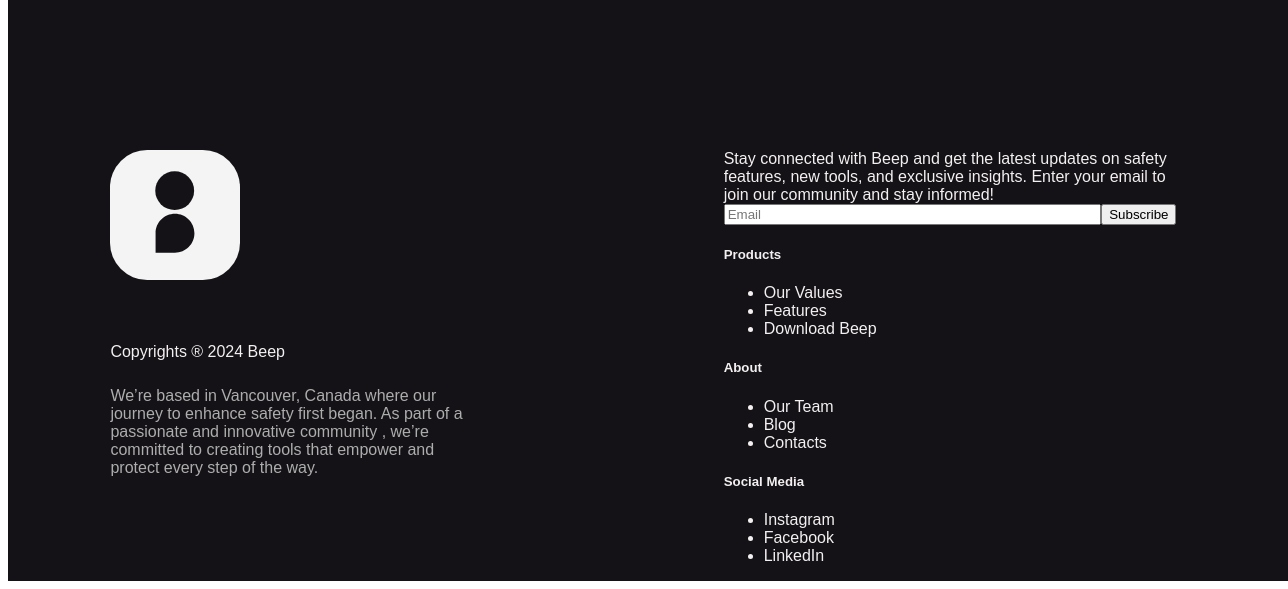
Repository: MonicaNguyenH/Beep_Landing_Page
Page: /
These files come from the project's save history. The page is drawn as it stood at one moment and after the next save; the edit follows.
The browser window is 1280 px wide. The page is 1288 px wide, so the pictures cover 1288 px, including what lies to the right of the window. The pictures show the part of the page from y = 3881 to 4505 px (the page is 4470 px tall before and 4505 px after).
The project was rebuilt for these pictures with package versions that can differ from the ones it lists, and the page was loaded fresh each time. The framework's server and built-in components were replaced by stand-ins that run in the browser. Also part of the build but not shown: next.config.mjs, components/NavBar/NavBar.module.css.

Above is the page before, as saved 2024-11-25 11:40:13.

### src/app/page.js
import styles from "./styles/index.css"
import NavBar from "../../components/NavBar";
import ImgBtn from "../../components/ImgBtn";
import OurTeam from "../../components/OurTeam";

export default function Home() {
  return (
    <>
      <main className="main">
        <NavBar />
        <header className="header-container">
          <h1>Our Safety, Empowered: Real-Time Crime Maps & Emergency Tools</h1>
          <p>Beep combines smart technology and real-time data to help you navigate your world with confidence</p>
          <button className="get-started-btn">Get Started →</button>
        </header>

        <div className="pull-p">
          <p className="big-text">Our team of <span className="text-grey">full-stack</span> <span className="text-purple">developers</span>,
            and  <span className="text-grey">digital</span> <span className="text-purple">designers</span> work tirelessly to create tools that keep you <span className="text-grey">informed</span>, <span className="text-grey">protected</span>, and <span className="text-grey">empowered</span>
            <span className="text-purple"> every step of the way</span>.
          </p>
          <p className="small-text">We provide reliable tools and features designed to ensure your safety and peace of mind every step of the way.</p>
        </div>

        <div className="offer-imgs">
          <img src="/WhatWeOffer/UserAssurance.png" alt="User Assurance"/>
          <img src="/WhatWeOffer/SimplifiedSafetyActions.png" alt="Simplified Safety Actions"/>
          <img src="/WhatWeOffer/TrustandTransparency.png" alt="Trust and Transparency"/>
        </div>

        <div>
          <ImgBtn />
        </div>

        <div className="download-container">
          <div className="download-text">
            <h1>Download Beep App</h1>
            <p>
              Beep is a cutting-edge safety app designed to provide real-time insights and tools to keep you secure.
              Perfect for anyone prioritizing personal safety,
              Beep combines AI-powered navigation with intuitive features to help you stay aware and protected.
              Whether it's navigating safely at night, responding swiftly to emergencies,
              or finding secure nearby locations, Beep is your ultimate companion for peace of mind.
            </p>
            <button className="get-started-btn">Get Started →</button>
          </div>
          <div className="download-img">
            <img src="/Download/phone-mockup.png" alt="Phone mockup map screen" />
          </div>
        </div>

        <div className="our-team">
            <OurTeam />
        </div>

        <footer className="footer">
          <div className="footer-1">
            <img src="/Beep-logo.svg" alt="Beep logo"/>
            <h5>Copyrights ® 2024 Beep</h5>
            <p>We’re based in Vancouver, Canada where our journey to enhance safety first began.
              As part of a passionate and innovative community
              , we’re committed to creating tools that empower and protect every step of the way. </p>
          </div>
          <div className="footer-2">
            <p>Stay connected with Beep and get the latest updates on safety features, new tools, and exclusive insights.
              Enter your email to join our community and stay informed!
            </p>
            <div className="subscribe">
              <input
                input type="email"
                placeholder="Email"
                required
              />
              <button>Subscribe</button>
            </div>
            <div>
              <div className="col">
                <h5>Products</h5>
                <ul className="list">
                  <li className="list-item">Our Values</li>
                  <li className="list-item">Features</li>
                  <li className="list-item">Download Beep</li>
                </ul>
              </div>

              <div className="col">
                <h5>About</h5>
                <ul className="list">
                  <li className="list-item">Our Team</li>
                  <li className="list-item">Blog</li>
                  <li className="list-item">Contacts</li>
                </ul>
              </div>

              <div className="col">
                <h5>Social Media</h5>
                <ul className="list">
                  <li className="list-item">Instagram</li>
                  <li className="list-item">Facebook</li>
                  <li className="list-item">LinkedIn</li>
                </ul>
              </div>
            </div>
          </div>
        </footer>
      </main>
    </>
  );
}

### src/app/globals.css
/* @tailwind base;
@tailwind components;
@tailwind utilities; */

@font-face {
  font-family: 'Switzer';
  src: url('fonts/Switzer-Variable.ttf') format('ttf'),
       url('fonts/Switzer-VariableItalic.ttf') format('ttf');
}

:root {
  --background: #ffffff;
  --foreground: #171717;

  /* Colors */
  --white: #F4F0F1;
  --black: #141216;
  --nav-black: rgba(29, 27, 30, 0.9);
  --purple: #651FD7;
  --pink: #F7185B;
  --neu-grey: #ADADAD;

  /* Fonts */
  --reg-16: 16px 'Switzer', sans-serif;
  --bold-16: bold 16px 'Switzer', sans-serif;
  --reg-25: 25px 'Switzer', sans-serif;
  --reg-30: 30px 'Switzer', sans-serif;
  --bold-40: bold 40px 'Switzer', sans-serif;
  --reg-40: 40px 'Switzer', sans-serif;
  --reg-50: 50px 'Switzer', sans-serif;
  --bold-50: bold 50px 'Switzer', sans-serif;
  --bold-60: bold 60px 'Switzer', sans-serif;
  --bold-80: bold 80px 'Switzer', sans-serif;
}

@media (prefers-color-scheme: dark) {
  :root {
    --background: #0a0a0a;
    --foreground: #ededed;
  }
}

body {
  color: var(--foreground);
  background: var(--background);
  font-family: Arial, Helvetica, sans-serif;
}

### src/app/styles/index.css
.main {
    background-color: var(--black);
    min-height: 100vh;
    min-width: 100vw;

    display: flex;
    flex-direction: column;
    align-items: center;

    color: var(--white);
}

/* Nav Bar */
.nav-container {
    width: 85vw;
    height: 50px;
    flex-shrink: 1;

    border-radius: 50pt;
    background: var(--nav-black);
    color: var(--white);

    display: flex;
    flex-direction: row;
    align-items: center;
    justify-content: space-between;
    padding: 25px 50px;
    margin: 20px auto;
}

.navLinks {
    color: var(--white);
    list-style: none;
    display: flex;
    gap: 5em; /* Spacing between links */
}

.navLinks a {
    text-decoration: none;
    color: var(--white);
    font-weight: bold;
    transition: color 0.3s;
    font: var(--reg-16);
    cursor: pointer;
}

/* Header */
.header-container {
    display: flex;
    flex-direction: column;
    justify-content: center;
    align-items: center;
    width: 45%;
    text-align: center;
    gap: 2rem;
    margin: 150px auto;
}

.header-container h1 {
    font: var(--reg-50);
}

.header-container p {
    font: var(--reg-16);
    width: 70%;
}

.get-started-btn {
    background-color: var(--purple);
    color: var(--white);
    width: 290px;
    height: 60px;
    border-radius: 50px;
    border: 0;
}

.header-container h1, p, button {
    margin: 0;
}

/* Pull Text */
.pull-p {
    text-align: center;
    width: 83%;
    display: flex;
    flex-direction: column;
    align-items: center;
    margin: 0 auto 100px;
}

.big-text {
    font: var(--reg-50);
}

.small-text {
    color: var(--neu-grey);
    font: var(--reg-16);
    width: 50%;
    margin: 1em 0;
}

.text-grey {
    color: var(--neu-grey);
}

.text-purple {
    color: var(--purple);
}

/* What We Offer */
.offer-imgs {
    display: flex;
    text-align: center;
    flex-wrap: wrap;
    flex-direction: row;
    justify-content: center;
    align-items: center;
    gap: 5em;
}

.offer-imgs img {
    width: 25%;
    height: auto;
}

/* Img Btn */
.img-btn-container {
    background-color: var(--nav-black);
    width: 73%;
    height: auto;
    margin: 150px auto;
    padding: 90px;
    display: flex;
    flex-direction: column;
    align-items: center;
    justify-content: center;
    border-radius: 40px;
    border: 2px solid var(--white);
}

.heading {
    text-align: center;
    font: var(--reg-50);
    margin: 0;
}

.description {
    text-align: center;
    font: var(--reg-16);
    color: var(--neu-grey);
    margin: 1em 0;
}

.layout {
    display: flex;
    flex-direction: row;
}

.step-1,
.step-2,
.button-group-1,
.button-group-2 {
    display: flex;
    flex-direction: column;
    width: 95%;
}

.button-group-1 {
    align-items: flex-end;
}

.button-group-1,
.button-group-2 {
    justify-content: center;
    gap: 11em;
}

.step-title-1,
.step-description-1,
.step-number-1,
.active-number-1 {
    text-align: right;
    align-self: flex-end;
}

.step-title-2,
.step-description-2,
.step-number-2,
.active-number-2 {
    text-align: left;
    align-self: flex-start;
}

.step-number-1,
.step-number-2 {
    display: flex;
    justify-content: center;
    align-items: center;
    font: var(--reg-40);
    background-color: var(--white);
    color: var(--black);
    width: 80px;
    height: 80px;
    text-align: center;
    border-radius: 50px;
}

.active-number-1,
.active-number-2 {
    background-color: var(--purple);
    color: var(--white);
}

.image-container img {
    width: 300px;
    height: auto;
    margin: 50px 120px;
}

.step-title-1,
.step-title-2 {
    font: var(--reg-25);
    margin: 20px 0;
}

.step-description-1,
.step-description-2 {
    font: var(--reg-16);
}

/* Download Beep */
.download-container {
    position: relative;
    width: 84%;
    height: 500px;
    border-radius: 40px;
    background: url('/Download/bg.png') no-repeat center;
    background-size: cover; /* Scale the SVG to cover the div */

    display: flex;
    flex-direction: row;
    justify-content: center;
    align-items: center;
}

.download-text {
    display: flex;
    flex-direction: column;
    align-items: flex-start;
    margin: 7em 9em 7em 7em;
}

.download-text h1 {
    font: var(--reg-50);
    margin: 0;
}

.download-text p {
    font: var(--reg-16);
    margin: 1em 0 2.5em 0;
}

.download-img img {
    width: 95%;
    height: auto;
}

/* Our Team */
.teamSection {
    text-align: center;
    margin: 150px auto;
    display: flex;
    flex-direction: column;
    justify-content: center;
    align-items: center;
    width: 100vw;
}

.title {
    font: var(--reg-50);
    margin: 0;
}

.teamSection .description {
    width: 40%;
    margin-bottom: 50px;
}

.carousel {
    display: flex;
    align-items: center;
    justify-content: flex-end;
    position: relative;
    overflow: hidden;

    width: 90%;
}

.trackWrapper {
    overflow: hidden;
    width: 90%;
}

.track {
    display: flex;
    gap: 1.5rem;
    transition: transform 0.5s ease-in-out;
}

.card {
    position: relative;
    border-radius: 40px;
    overflow: hidden;
    width: 18em;
    height: 18em;
    text-align: center;
    flex-shrink: 0;
}

.image {
    width: 100%;
    height: 100%;
    object-fit: cover;
}

.info {
    position: absolute;
    background: rgba(173, 173, 173, 0.20);    ;
    z-index: 1;
    bottom: 0;
    width: 100%;
    padding: 15px 0;

    backdrop-filter: blur(5px); /* Blur effect */
  -webkit-backdrop-filter: blur(5px); /* Safari support */
}

.info h3 {
    font: var(--reg-25);
    margin: 0;
}

.info p {
    font: var(--reg-16);
    margin: 0.2em 0 0 0;
}

.arrow {
    width: 90px;
    height: 90px;
    font: var(--reg-30);
    background-color: rgba(173, 173, 173, 0.20);    ;
    border: none;
    border-radius: 50%;
    color: white;
    padding: 0.5rem;
    cursor: pointer;
    position: absolute;
    top: 50%;
    transform: translateY(-50%);
    z-index: 1;

    backdrop-filter: blur(5px); /* Blur effect */
  -webkit-backdrop-filter: blur(5px); /* Safari support */
}

.arrow:disabled {
    opacity: 0.4;
    cursor: not-allowed;
}

.leftArrow {
    left: 10px;
}

.rightArrow {
    right: 10px;
}

.arrow:hover {
    background-color: rgba(255, 255, 255, 0.4);
}

/* Footer */
.footer {
    width: 84%;
    display: flex;
    flex-direction: row;
}

.footer-1 img {
    width: 130px;
    height: auto;
    margin-bottom: 2em;
}

.footer-1 h5, p {
    font: var(--reg-16);
}

.footer-1 p {
    color: var(--neu-grey);
    width: 60%;
}

.subscribe {
    display: flex;
    flex-direction: row;
}

.subscribe input {
    width: 80%;
}

### components/NavBar/index.js
import styles from './NavBar.module.css';

export default function NavBar() {

    return (
        <>
            <main>
                <div className="nav-container">
                    <div className="logo-img">
                        <a href="/" className={styles.link}><img src="/Beep-logo.svg" alt="beep logo" width={50} height={50}/></a>
                    </div>
                    <div>
                        <ul className="navLinks">
                            <li><a href="/" className={styles.link}>Values</a></li>
                            <li><a href="/" className={styles.link}>How It Works</a></li>
                            <li><a href="/" className={styles.link}>FAQ</a></li>
                            <li><a href="/" className={styles.link}>Contacts</a></li>
                        </ul>
                    </div>
                </div>
            </main>
        </>
    );
}

### components/ImgBtn/index.js
"use client";

import { useState } from "react";

export default function ImgBtn() {
  const [activeScreen, setActiveScreen] = useState(1);

  const screens = [
    {
      id: 1,
      title: "Real-Time Crime Maps",
      description: "Stay informed with live updates on crime hotspots, helping you avoid unsafe areas and navigate confidently.",
      image: "/Mockup/Emergency.png",
    },
    {
      id: 2,
      title: "SOS Alarm Alert",
      description: "Activate a loud SOS alarm to deter threats and instantly alert emergency contacts.",
      image: "/Mockup/Emergency.png",
    },
    {
      id: 3,
      title: "Snapshot",
      description: "Snap enables users to pin media, document incidents, share with contacts, and access media history.",
      image: "/Mockup/Emergency.png",
    },
    {
      id: 4,
      title: "Instant Emergency SMS",
      description: "Instantly send an SMS alert with your live location to your emergency contacts.",
      image: "/Mockup/Emergency.png",
    },
  ];

  return (
    <div className="img-btn-container">
      <h1 className="heading">How Beep Works</h1>
      <p className="description">
        Explore how Beep’s powerful tools keep you safe, informed, and connected at all times.
      </p>

      <div className="layout">
        {/* Buttons 1 and 2 */}
        <div className="button-group-1">
          {screens.slice(0, 2).map((screen) => (
            <div
              key={screen.id}
              onClick={() => setActiveScreen(screen.id)}
              className="step-1"
            >
              <div
                className={`step-number-1 ${
                  activeScreen === screen.id ? "active-number-1" : ""
                }`}
              >
                {screen.id}
              </div>
              <div>
                <h3 className="step-title-1">{screen.title}</h3>
                <p className="step-description-1">{screen.description}</p>
              </div>
            </div>
          ))}
        </div>

        {/* Image in the middle */}
        <div className="image-container">
          {screens.map(
            (screen) =>
              activeScreen === screen.id && (
                <img
                  key={screen.id}
                  src={screen.image}
                  alt={screen.title}
                  className="image"
                />
              )
          )}
        </div>

        {/* Buttons 3 and 4 */}
        <div className="button-group-2">
          {screens.slice(2, 4).map((screen) => (
            <div
              key={screen.id}
              onClick={() => setActiveScreen(screen.id)}
              className="step-2"
            >
              <div
                className={`step-number-2 ${
                  activeScreen === screen.id ? "active-number-2" : ""
                }`}
              >
                {screen.id}
              </div>
              <div>
                <h3 className="step-title-2">{screen.title}</h3>
                <p className="step-description-2">{screen.description}</p>
              </div>
            </div>
          ))}
        </div>
      </div>
    </div>
  );
}

### components/OurTeam/index.js
"use client";

import React, { useState } from "react";

const OurTeam = () => {
  const teamMembers = [
    { name: "Monica Nguyen", role: "Digital and Graphic Designer", image: "/OurTeam/Mon/mon.png" },
    { name: "Jumi Pham", role: "Digital and Graphic Designer", image: "/OurTeam/Jumi/jumi.png" },
    { name: "Shirin Forouzan", role: "Digital and Graphic Designer", image: "/OurTeam/Shirin/shirin.png" },
    { name: "Callista Chan", role: "Digital and Graphic Designer", image: "/OurTeam/Cally/callista.png" },
    { name: "Dennis Liu", role: "Full Stack Web Developer", image: "/OurTeam/Dennis/denis.png" },
    { name: "Sol Kim", role: "Full Stack Web Developer", image: "/OurTeam/Sol/sol.png" },
    { name: "Christy Wan", role: "Full Stack Web Developer", image: "/OurTeam/Christy/christy.png" },
    { name: "Aless Wei", role: "Full Stack Web Developer", image: "/OurTeam/Aless/aless.png" },
  ];

  const [currentIndex, setCurrentIndex] = useState(0);

  const handleArrowClick = (direction) => {
    if (direction === "left" && currentIndex > 0) {
      setCurrentIndex(currentIndex - 1);
    } else if (direction === "right" && currentIndex < teamMembers.length - 1) {
      setCurrentIndex(currentIndex + 1);
    }
  };

  return (
    <section className="teamSection">
      <h2 className="title">Meet our team</h2>
      <p className="description">
        Meet the innovative BCIT's full-stack developers and digital designers
        who make up Beep's dedicated crew.
      </p>
      <div className="carousel">
        {/* Left Arrow */}
        <button
          className="arrow leftArrow"
          onClick={() => handleArrowClick("left")}
          disabled={currentIndex === 0}
        >
          ←
        </button>

        {/* Cards */}
        <div className="trackWrapper">
          <div
            className="track"
            style={{
              transform: `translateX(-${currentIndex * 100}%)`,
            }}
          >
            {teamMembers.map((member, index) => (
              <div className="card" key={index}>
                <img
                  src={member.image}
                  alt={member.name}
                  className="image"
                />
                <div className="info">
                  <h3>{member.name}</h3>
                  <p>{member.role}</p>
                </div>
              </div>
            ))}
          </div>
        </div>

        {/* Right Arrow */}
        <button
          className="arrow rightArrow"
          onClick={() => handleArrowClick("right")}
          disabled={currentIndex === teamMembers.length - 1}
        >
          →
        </button>
      </div>
    </section>
  );
};

export default OurTeam;

Loaded but not shown: src/app/layout.js (common file); tailwind.config.js (common file)

After the next save:
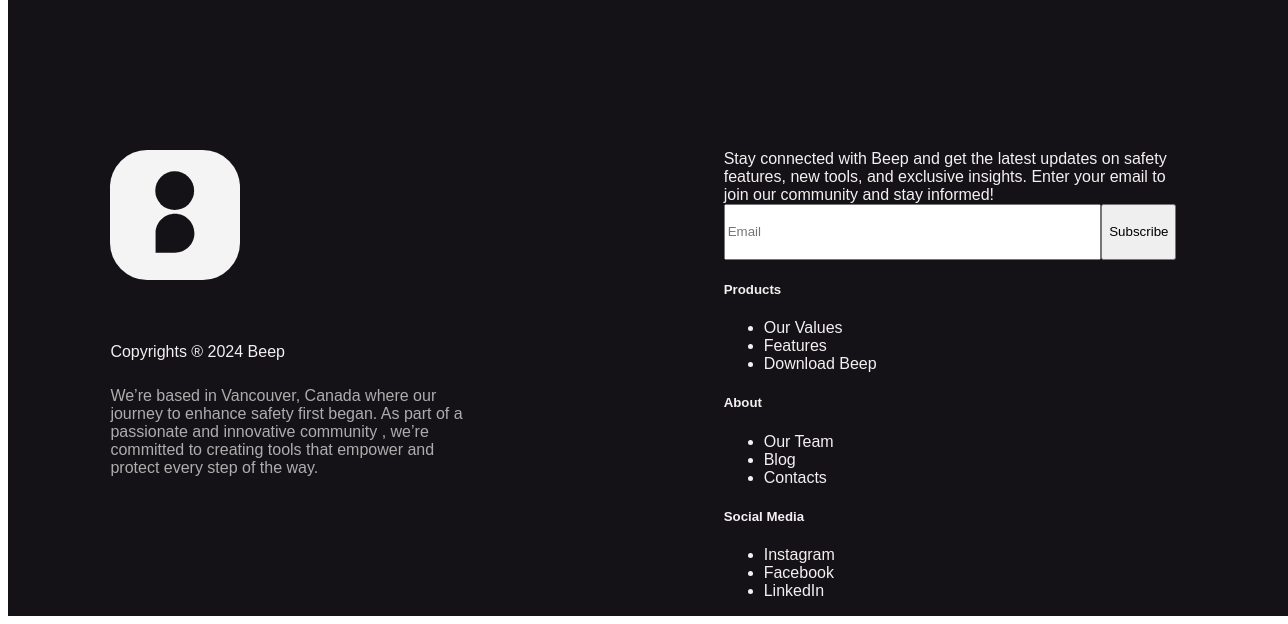
Saved 19 s later.
--- a/src/app/styles/index.css
+++ b/src/app/styles/index.css
@@ -410,4 +410,5 @@
 
 .subscribe input {
     width: 80%;
-}
+    height: 50px;
+}
